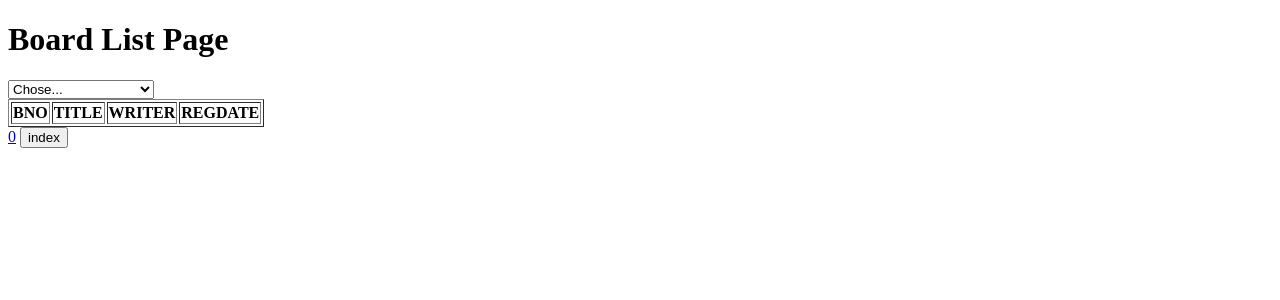
Repository: dfhdfhdfsza/myjsp
Page: http://localhost/_myjsp/brd/list
These files come from the project's save history. The page is drawn as it stood at one moment and after the next save; the edit follows.
The browser window is 1280 px wide. The pictures show the whole page.
The page is served by Tomcat 9. Queries for data that is not in the repository find no rows.

Above is the page before, as saved 2023-09-22 10:22:46.

After the next save:
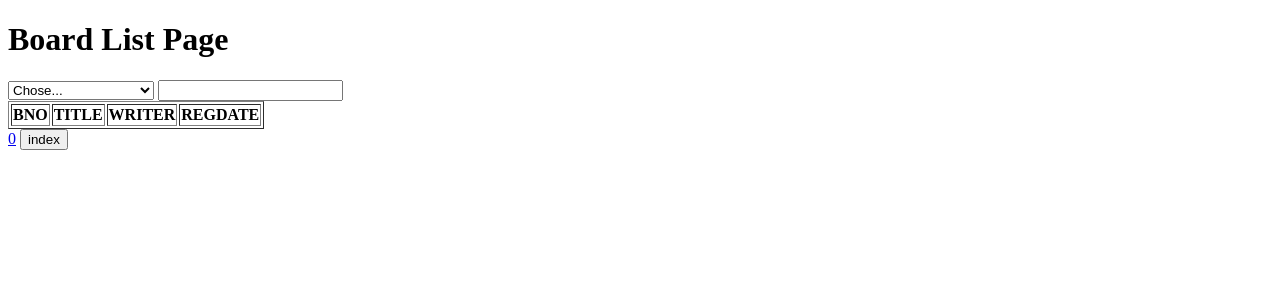
Saved 74 s later.
--- a/_myjsp/src/main/webapp/board/list.jsp
+++ b/_myjsp/src/main/webapp/board/list.jsp
@@ -22,8 +22,9 @@
 				<option value="tc" ${typed eq 't' ? 'selected':'' }>Title+contents</option>
 				<option value="wc" ${typed eq 't' ? 'selected':'' }>writer+contents</option>
 				<option value="twc" ${typed eq 't' ? 'selected':'' }>Title+writer+contents</option>
-
 			</select>
+			<input type="text" name="keyword" value="${ph.pgvo.keyword}">
+			<input type="hidden" name="pageNo" value="${ph.pgvo.pageNo}">
 		</form>
 	</div>
 
